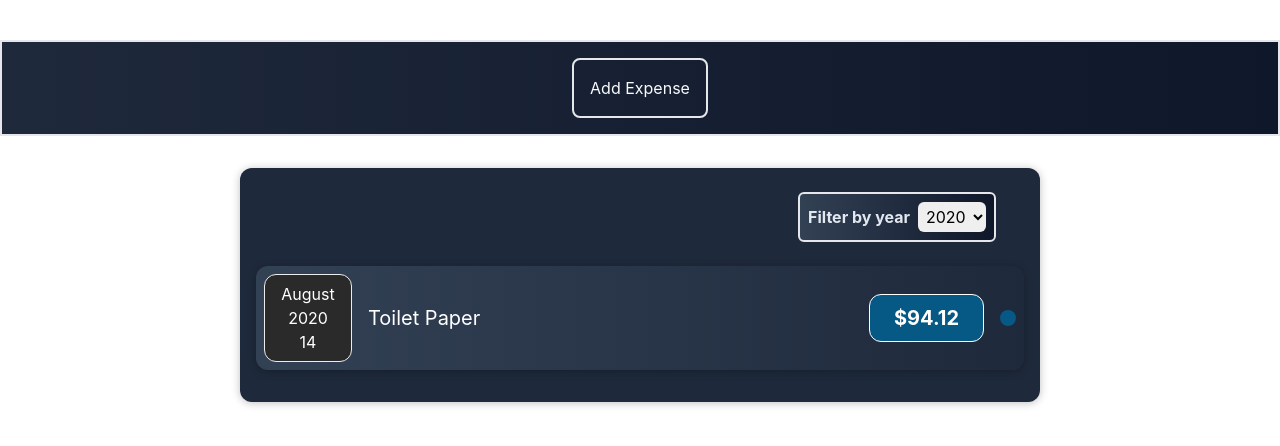
Repository: Sef24/expense-tracker
Page: /
An editor plug-in stored every save of this project. The page is shown before and after the next save, followed by the edit.
The browser window is 1280 px wide. The pictures show the whole page.
The project was rebuilt for these pictures with package versions that can differ from the ones it lists, and the page was loaded fresh each time. Also part of the build but not shown: src/components/NewExpense/NewExpense.css, src/components/NewExpense/ExpenseForm.css, src/components/NewExpense/ExpenseForm.js.

Above is the page before, as saved 2022-05-03 16:47:20.

After the next save:
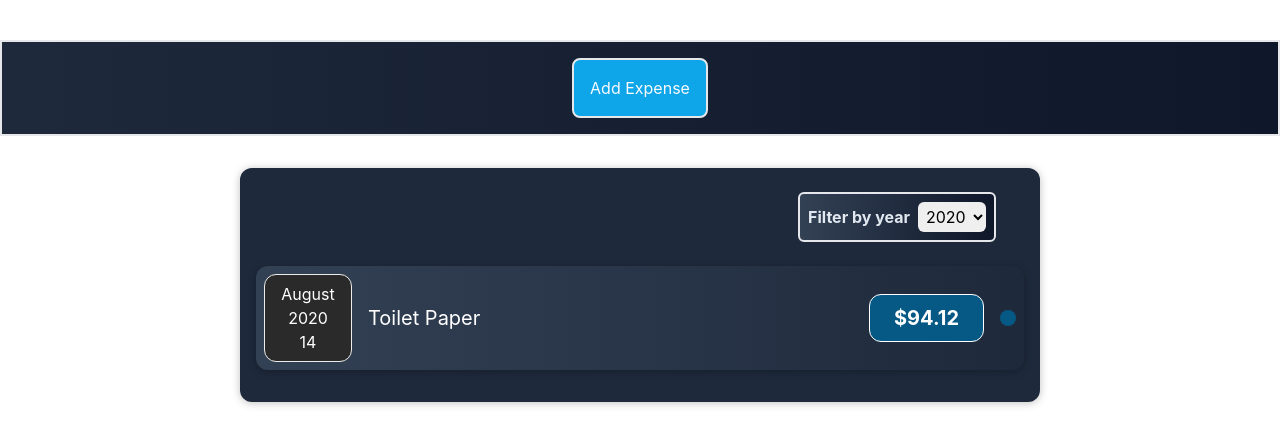
Saved 26 s later.
--- a/src/components/NewExpense/NewExpense.js
+++ b/src/components/NewExpense/NewExpense.js
@@ -33,7 +33,8 @@ function NewExpense(props) {
         <button
           onClick={startEditingHandler}
           className="flex items-center justify-center border-2 p-4 rounded-lg text-slate-50
-          cursor-pointer transition duration-100 transform hover:scale-125 hover:text-white"
+          cursor-pointer transition duration-100 transform hover:scale-125 hover:text-white
+          bg-sky-500"
         >
           Add Expense
         </button>
